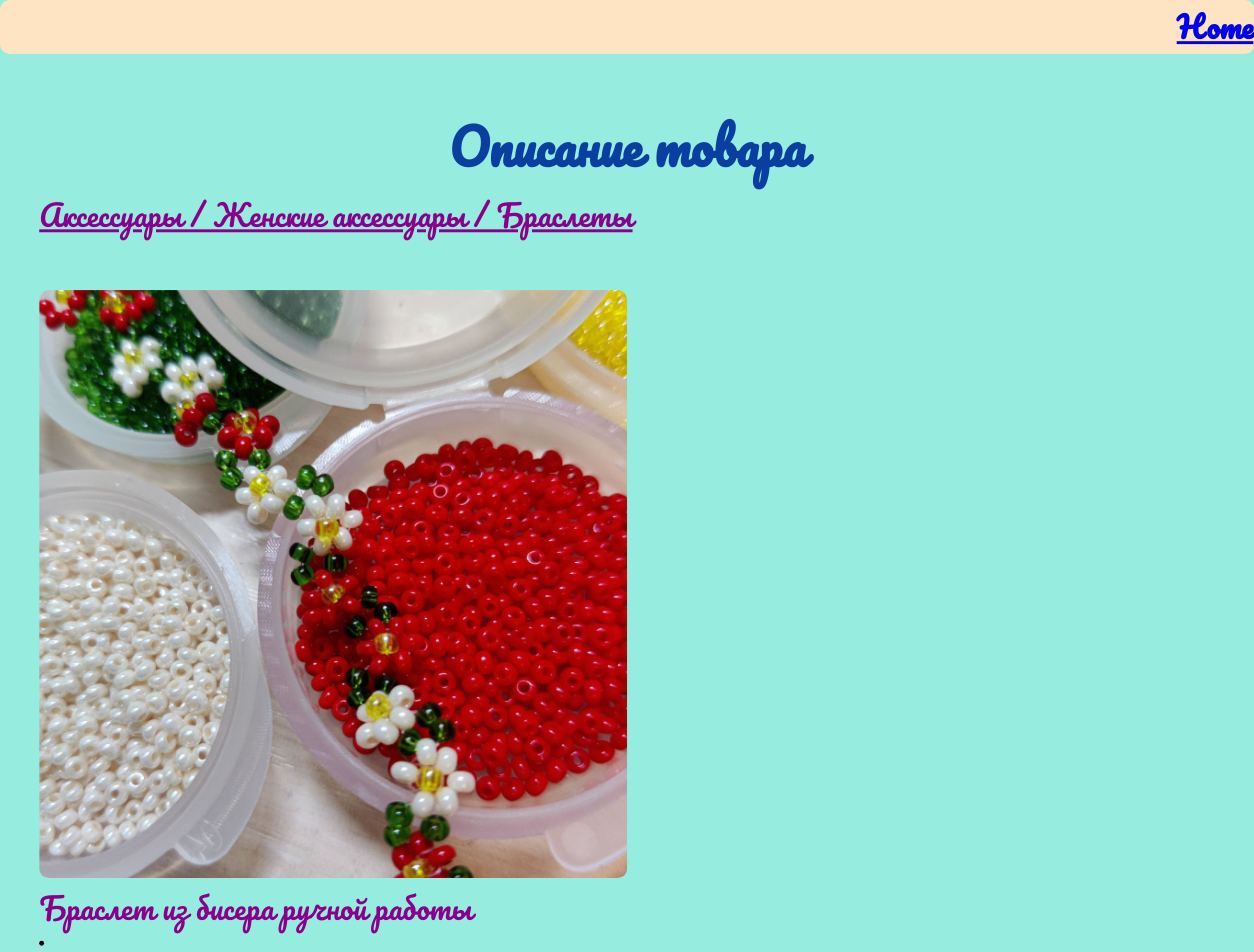
Repository: annamsklv/web
Page: seminar2_26.01/product page.html
These files come from the project's save history. The page is drawn as it stood at one moment and after a run of saves; the edit follows.
The browser window is 1280 px wide. The pictures show the whole page, at 98% of full size.

Above is the page before, as saved 2023-02-01 20:42:28.

### seminar2_26.01/product page.html
<!DOCTYPE html>
<html lang="en">
<head>
    <meta charset="UTF-8">
    <meta http-equiv="X-UA-Compatible" content="IE-edge">
    <meta name="viewport" content="width=device-width, initial-scale=1.0">
    <div class="home">
        <a class="link" href="index.html">Home</a>
    </div>
    <title>Продукт</title>
    <link rel="preconnect" href="https://fonts.googleapis.com">
<link rel="preconnect" href="https://fonts.gstatic.com" crossorigin>
<link href="https://fonts.googleapis.com/css2?family=Pacifico&display=swap" rel="stylesheet">
    <link rel="stylesheet" href="product style.css">

</head>


<body>

    <div class="header">
    <div class="container"></div>
    <h1 class="title">Описание товара</h1>
    </div>
    </div>

    <div class="content">
        <div class="container">
            <div class="categories">
                <a class="category-link" href="#">Аксессуары / Женские аксессуары / Браслеты</a>
            </div>
        </div>
    </div>
    <div class="item-box">
        <div class="container">
        <img class="item-pic" src="img/1.jpg" alt="product">
        <p class="description">Браслет из бисера ручной работы</p>
        <li>

        </li>
        </div>

    </div>

<div class="footer">


</div>

</body>
</html>

### seminar2_26.01/product style.css
* {
    margin: 0;
    padding: 0;
}

body{
    background-color: rgb(150, 236, 222);
}
.container{
    width: 1200px;
    margin: 0 auto;
}

.title{
    text-align: center;
    margin-top: 50px;
    font-family: 'Pacifico';
    color: rgb(10, 63, 161);
    font-size: 50px;
}

.home{
    font-family: 'Pacifico', cursive;
    color: rgb(10, 63, 161);
    font-size: 30px;
    font-weight: bold;
    background-color: bisque;
    border-radius: 10px;
    display: block;
    border: 1px solid transparent;
    text-align: right;
}

.home:hover{
    border: 1 px solid darkmagenta;
    color: darkmagenta;
    background-color: white;

}

.category-link{
    color:darkmagenta;
    font-family: 'Pacifico', cursive;
    font-size: 30px;
    text-align: left;
}
.item-box{
    margin-top: 50px;
    display: flex;
    flex-wrap: wrap;
    justify-content:space-between;
}
.item-pic{
    width: 50%;
    border-radius: 10px;
}

.description{
    color:darkmagenta;
    font-family: 'Pacifico', cursive;
    font-size: 30px;
    text-align: left;
}

After the next 7 saves:
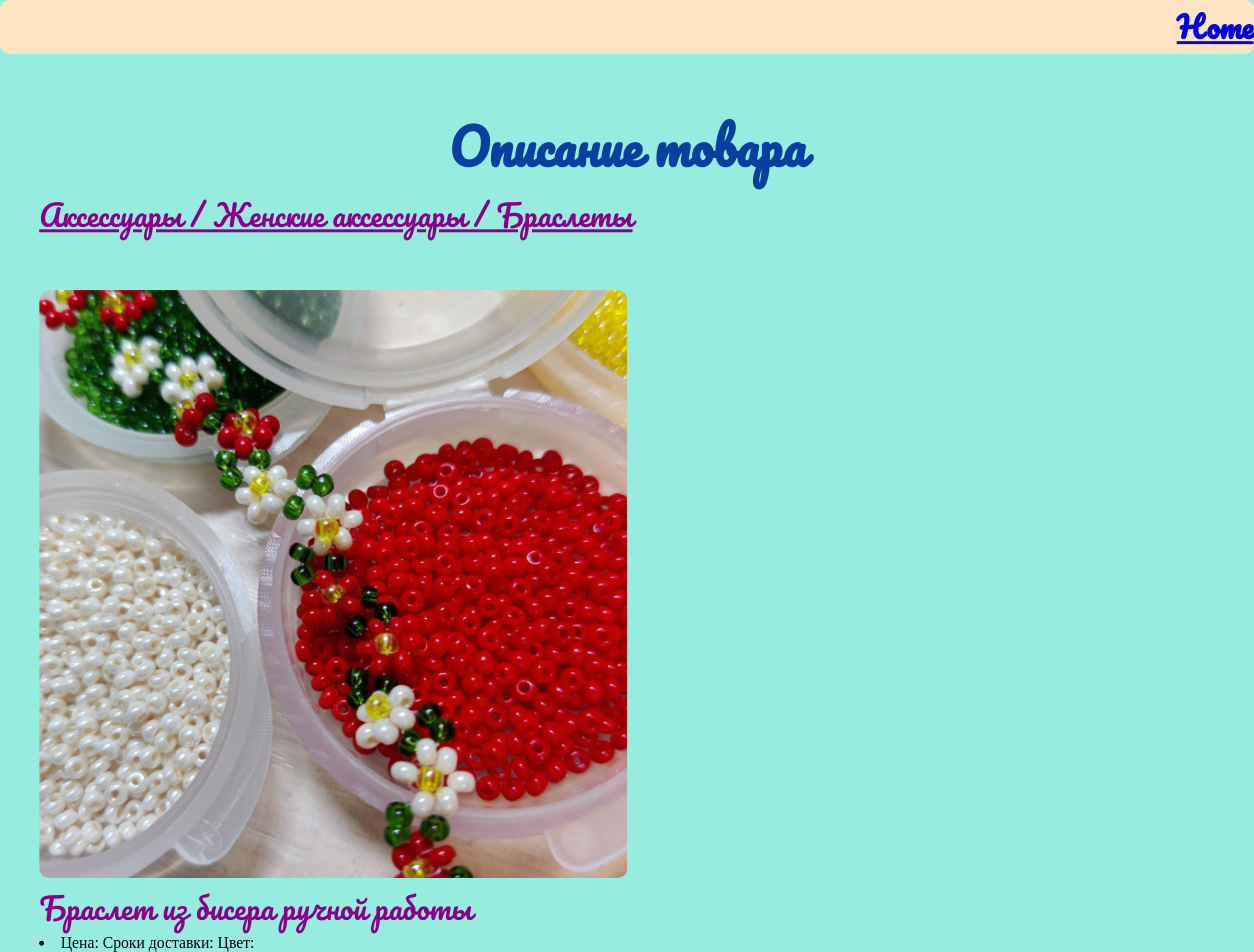
The 7 saves are shown as one change because they came seconds apart.
The last was saved 23 s later.
--- a/seminar2_26.01/product page.html
+++ b/seminar2_26.01/product page.html
@@ -36,7 +36,9 @@
         <img class="item-pic" src="img/1.jpg" alt="product">
         <p class="description">Браслет из бисера ручной работы</p>
         <li>
-
+            Цена:
+            Сроки доставки:
+            Цвет:
         </li>
         </div>
 
